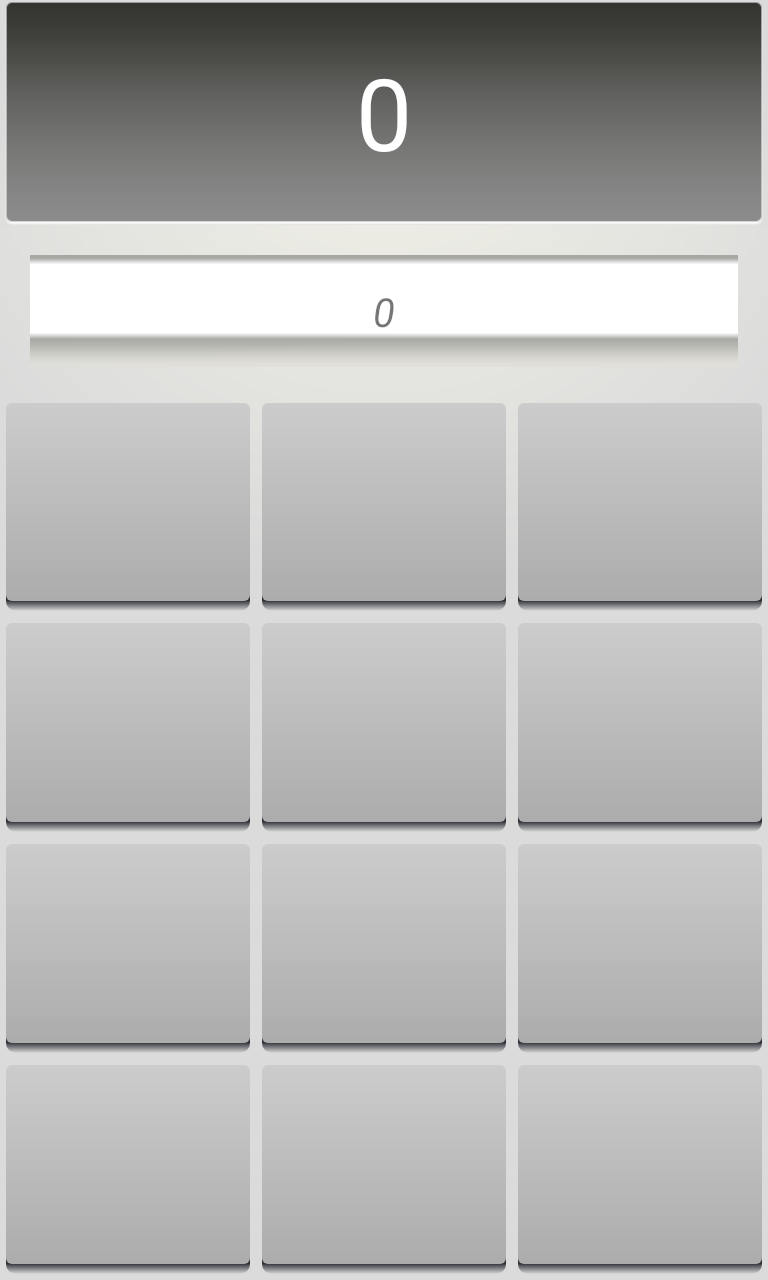
Repository: DaleJulian/Remote-Control
Layout: RemoteControl/res/layout/fragment_remote_control.xml
The author's editor kept a copy of each file at every save. The layout is drawn from the files as they stood at one save, then again after a run of saves.
It is drawn on a 768 x 1280 px phone screen (xhdpi) without system bars, with theme AppTheme; the app's code is not run.

Above is the layout before, as saved 2015-06-02 08:17:04.

After the next 2 saves:
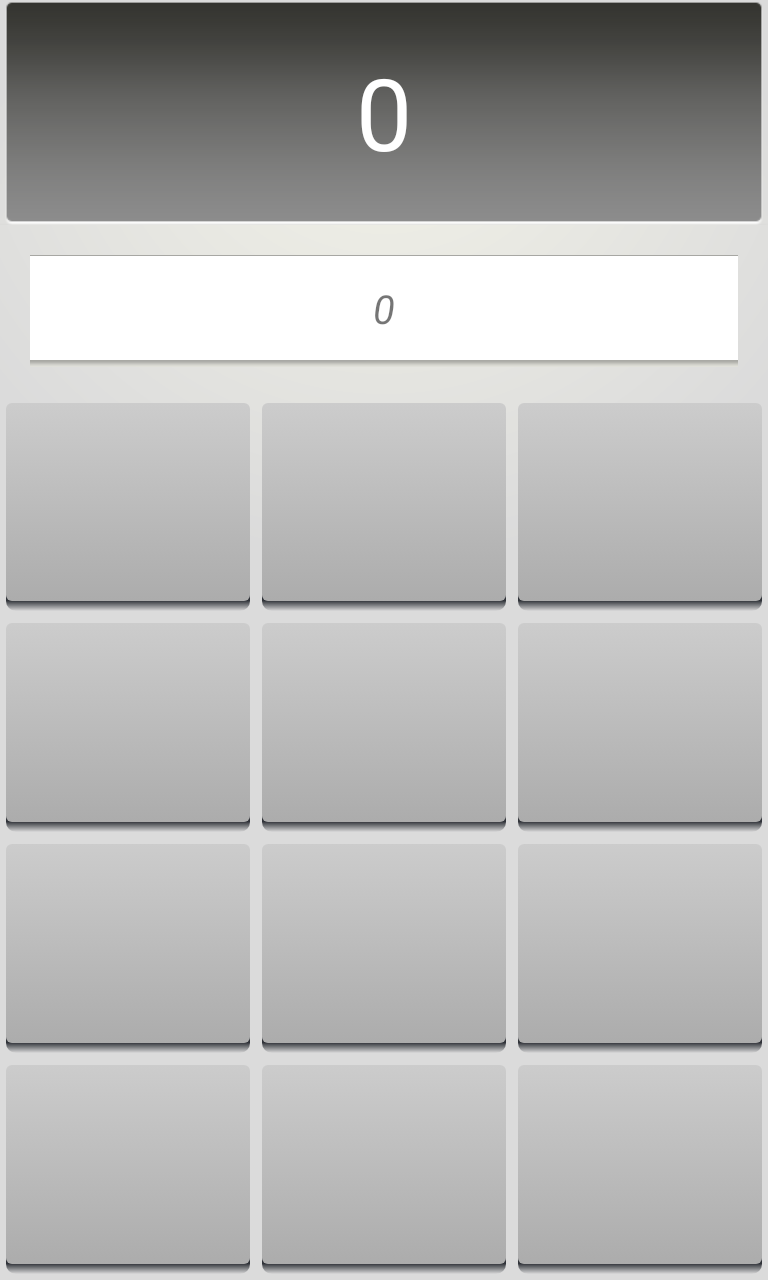
The 2 saves are shown as one change because they came seconds apart.
The last was saved 12 s later.
--- a/RemoteControl/res/layout/fragment_remote_control.xml
+++ b/RemoteControl/res/layout/fragment_remote_control.xml
@@ -23,7 +23,7 @@
 		android:layout_height="0dp"
 		android:layout_weight="1"
 		android:layout_margin="15dp"
-		android:background="@drawable/bar"
+		android:background="@drawable/bar_patch"
 		android:gravity="center"
 		android:text="0"
 		android:textStyle="italic"
